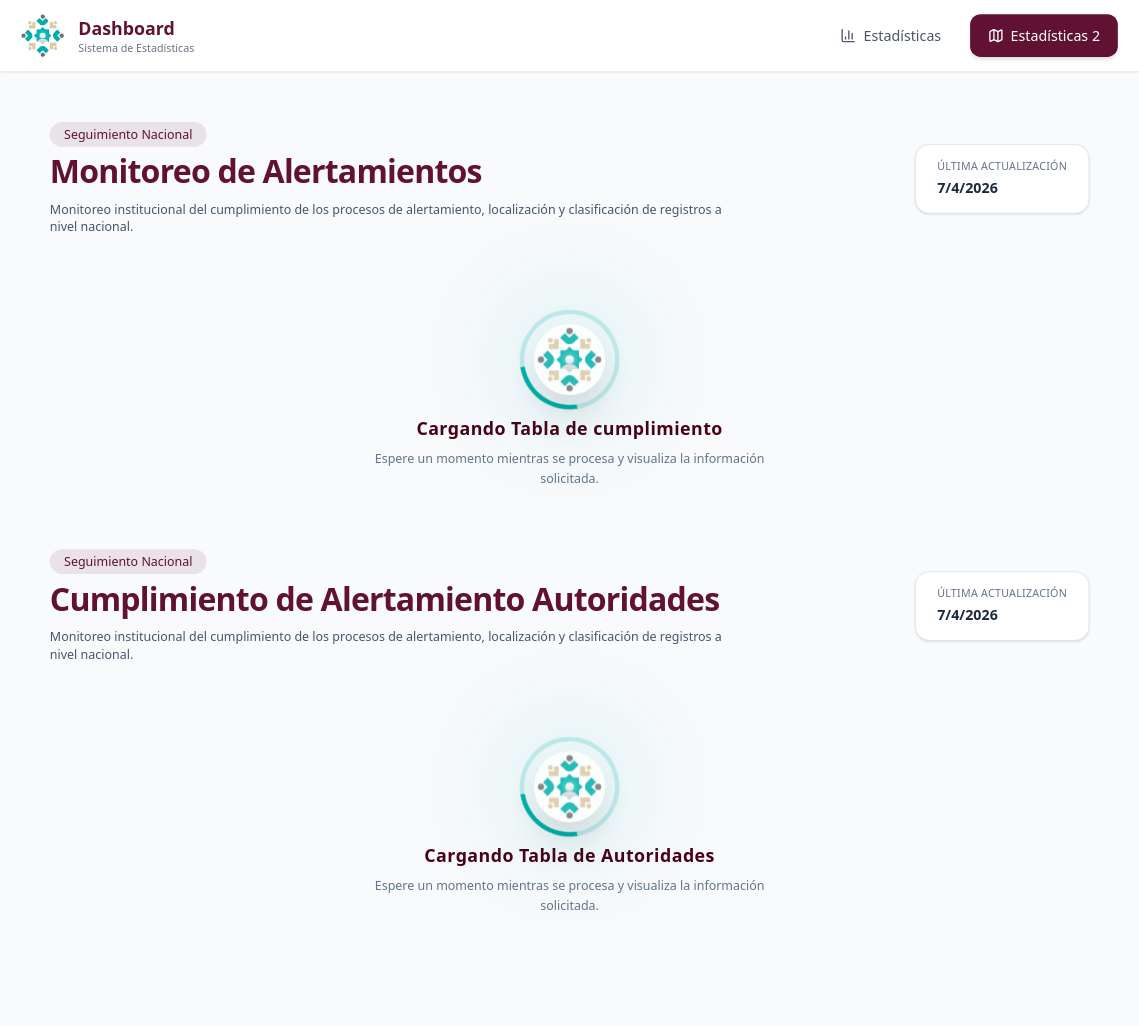
Repository: jesus890/semaforo-cinepolis
Page: /estadisticas-2
An editor plug-in stored every save of this project. The page is shown before and after the next save, followed by the edit.
The browser window is 1280 px wide. The pictures show the whole page, at 89% of full size.
The page's requests for data from a server got no answer. The project was rebuilt for these pictures with package versions that can differ from the ones it lists, and the page was loaded fresh each time. No one was signed in, and anything a server would have sent is missing. Also part of the build but not shown: vite.config.ts, src/components/Dashboard/Skeleton/SkeletonChart.tsx, src/components/Dashboard/matriz/AlertaMatriz.tsx, src/constants/colors.ts, src/components/Dashboard/charts/EdadChart.tsx, src/components/Dashboard/charts/EnfoqueChart.tsx, src/components/Dashboard/charts/SexoChart.tsx, src/pages/EstadisticaPage.tsx and 2 more.

Above is the page before, as saved 2026-06-05 16:20:23.

### index.html
<!doctype html>
<html lang="en">
  <head>
    <meta charset="UTF-8" />
    <link rel="icon" type="image/svg+xml" href="/favicon.svg" />
    <meta name="viewport" content="width=device-width, initial-scale=1.0" />
    <title>Estadistica Alertamiento | RNPNDO</title>
  </head>
  <body>
    <div id="root"></div>
    <script type="module" src="/src/main.tsx"></script>
  </body>
</html>

### src/App.tsx
import AppRouter from "./router/AppRouter";

function App() {
    return <AppRouter />;
}

export default App;

### src/router/AppRouter.tsx
import {BrowserRouter,Routes,Route,Navigate,} from "react-router-dom";

import DashboardLayout from "../layouts/DashboardLayout";
import EstadisticasPage from "../pages/EstadisticaPage";
import EstadisticasDosPage from "../pages/EstadisticasDosPage";



export default function AppRouter() {

    return (
        <BrowserRouter>
            <Routes>
                <Route path="/" element={<DashboardLayout/>}>
                    <Route index element={<Navigate to="/estadisticas"/>}/>
                    <Route path="estadisticas" element={<EstadisticasPage />}/>
                    <Route path="estadisticas-2" element={<EstadisticasDosPage />}/>
                </Route>
            </Routes>
        </BrowserRouter>
    );
}

### src/layouts/DashboardLayout.tsx
import { Outlet } from "react-router-dom";

import Header from "../components/Dashboard/navigation/Header";

export default function DashboardLayout() {

    return (
        <div className="min-h-screen bg-slate-50">
            <Header />
            <main className="p-6">
                <Outlet />
            </main>
        </div>

    );
}

### src/pages/EstadisticasDosPage.tsx
import { useEffect, useState } from "react";

import { GetTableAutoridades, GetTableCumplimiento } from "../services/dashboard.service";
import CumplimientoTable from "../components/Dashboard/Tables/CumplimientoTable";
import LoaderStyled from "../components/Dashboard/Loader/Loader";
import AutoridadesTable from "../components/Dashboard/Tables/AutoridadesTable";

export default function EstadisticasDosPage() {

    const [loadingTableCumplimiento, setLoadingTableCumplimiento] = useState<boolean>(true);
    const [loadingTableAutoridades, setLoadingTableAutoridades] = useState<boolean>(true);

    const [estadoSeleccionado, setEstadoSeleccionado] = useState(null);
    const [dataCumplimiento, setDataCumplimiento] = useState<any>(null);

    const [dataAutoridades, setDataAutoridades] = useState<any>(null);

    useEffect(() => {
        loadTableCumplimiento();
        loadTableAutoridades();
    }, []);

    const loadTableCumplimiento = async (estado?: string) => {
        try {

            setLoadingTableCumplimiento(true);

            const response = await GetTableCumplimiento(estado);
            setDataCumplimiento(response);
            setLoadingTableCumplimiento(false);

        } catch (error) {
            console.log("No se pudo obtener la información de tabla de cumplimiento");
        }
    }

    const loadTableAutoridades = async (estado?: string) => {
        try {

            setLoadingTableAutoridades(true);

            const response = await GetTableAutoridades(estado);
            setDataAutoridades(response);
            setLoadingTableAutoridades(false);

        } catch (error) {
            console.log("No se pudo obtener la información de tabla de autoridades");
        }
    }

    const handleEstadoClick = (estado: string) => {

        console.log(
            "Estado seleccionado:",
            estado
        );
        setDataCumplimiento(estado);
        loadTableCumplimiento(estado);
    };

    return (
        <>
            <div className="p-8">

                <div className="mb-8">
                    <div className="flex items-center justify-between">

                        <div>

                            <div className="mb-2 inline-flex items-center rounded-full bg-[#611232]/10 px-4 py-1 text-sm font-medium text-[#611232]">
                                Seguimiento Nacional
                            </div>

                            <h1 className="text-4xl font-bold tracking-tight text-[#611232]">
                                Monitoreo de Alertamientos
                            </h1>

                            <p className="mt-3 max-w-3xl text-sm text-slate-600">
                                Monitoreo institucional del cumplimiento de los procesos
                                de alertamiento, localización y clasificación de registros
                                a nivel nacional.
                            </p>

                        </div>

                        <div className="rounded-2xl border border-slate-200 bg-white px-6 py-4 shadow-sm">

                            <div className="text-xs uppercase tracking-wide text-slate-500">
                                Última actualización
                            </div>

                            <div className="mt-1 font-semibold text-slate-800">
                                {new Date().toLocaleDateString("es-MX")}
                            </div>

                        </div>

                    </div>

                </div>

                <div>


                    {
                        loadingTableCumplimiento ? (
                            <LoaderStyled text="Cargando Tabla de cumplimiento" />
                        ) : (
                            <>
                                <CumplimientoTable rows={dataCumplimiento} /* onEstadoClick={handleEstadoClick} */ />
                            </>

                        )
                    }

                </div>

                <div>
                    <div className="mb-8">

                        <div className="flex items-center justify-between">

                            <div>

                                <div className="mb-2 inline-flex items-center rounded-full bg-[#611232]/10 px-4 py-1 text-sm font-medium text-[#611232]">
                                    Seguimiento Nacional
                                </div>

                                <h1 className="text-4xl font-bold tracking-tight text-[#611232]">
                                    Cumplimiento de Alertamiento Autoridades
                                </h1>

                                <p className="mt-3 max-w-3xl text-sm text-slate-600">
                                    Monitoreo institucional del cumplimiento de los procesos
                                    de alertamiento, localización y clasificación de registros
                                    a nivel nacional.
                                </p>

                            </div>

                            <div className="rounded-2xl border border-slate-200 bg-white px-6 py-4 shadow-sm">

                                <div className="text-xs uppercase tracking-wide text-slate-500">
                                    Última actualización
                                </div>

                                <div className="mt-1 font-semibold text-slate-800">
                                    {new Date().toLocaleDateString("es-MX")}
                                </div>

                            </div>

                        </div>

                    </div>

                    {
                        loadingTableAutoridades ? (
                            <LoaderStyled text="Cargando Tabla de Autoridades" />
                        ) : (
                            <>
                                <AutoridadesTable rows={dataAutoridades} /* onEstadoClick={handleEstadoClick} */ />
                            </>

                        )
                    }
                </div>




            </div>
        </>
    );
}

### src/components/Dashboard/navigation/Header.tsx
import { NavLink } from "react-router-dom";

import { BarChart3, Map, } from "lucide-react";
import logoSystem from "../../../assets/CNB.png";

export default function Header() {

    const menu = [
        {
            label: "Estadísticas",
            icon: BarChart3,
            path: "/estadisticas",
        },
        {
            label: "Estadísticas 2",
            icon: Map,
            path: "/estadisticas-2",
        },
    ];

    return (

        <header className="sticky top-0 z-50 bg-white border-b border-gray-200 shadow-sm">

            <div className="h-20 px-6 flex items-center justify-between max-w-[1800px] mx-auto">

                {/* Logo */}
                <div className="flex items-center gap-4">

                    <img src={logoSystem} alt="Logo" className="h-12 w-auto object-contain" />

                    <div>

                        <h1 className="text-xl font-bold text-[#611232]">
                            Dashboard
                        </h1>

                        <p className="text-xs text-gray-500">
                            Sistema de Estadísticas
                        </p>

                    </div>

                </div>

                {/* Menú */}
                <nav className="flex items-center gap-3">

                    {menu.map((item) => {

                        const Icon = item.icon;

                        return (

                            <NavLink
                                key={item.path}
                                to={item.path}
                                className={({
                                    isActive,
                                }) =>
                                    `
                                    flex
                                    items-center
                                    gap-2
                                    px-5
                                    py-3
                                    rounded-xl
                                    font-medium
                                    transition-all

                                    ${isActive
                                        ? "bg-[#611232] text-white shadow-md"
                                        : "text-gray-600 hover:bg-gray-100"
                                    }
                                `
                                }
                            >

                                <Icon
                                    size={18}
                                />

                                {item.label}

                            </NavLink>
                        );
                    })}

                </nav>

            </div>

        </header>
    );
}

### src/components/Dashboard/Loader/Loader.tsx
import imageCNB from "../../../assets/CNB.png";

interface LoaderProps {
    text?: string;
}

export default function LoaderStyled({text = "Cargando información..."}: LoaderProps) {
    return (
        <div
            className="w-full h-full min-h-[320px] flex flex-col justify-center items-center gap-6 px-6 py-10"
        >
            <div className="relative flex items-center justify-center">
                <div
                    className="absolute w-32 h-32 rounded-full bg-[#00AFAA]/20 blur-3xl animate-pulse"
                />

                <div
                    className="absolute w-28 h-28 rounded-full border-[5px] border-[#00AFAA]/20 border-t-[#00AFAA] animate-spin"
                />

                <div
                    className="relative w-20 h-20 rounded-full overflow-hidden bg-white shadow-2xl border-4 border-white animate-pulse"
                >
                    <img
                        src={imageCNB}
                        alt="Loader"
                        className="object-cover"
                    />
                </div>
            </div>

            <div className="text-center space-y-2">
                <h3
                    className="text-lg sm:text-xl font-black text-[#4A0015] tracking-wide"
                >
                    {text}
                </h3>

                <p
                    className="text-sm text-slate-500 max-w-md leading-relaxed"
                >
                    Espere un momento mientras se procesa y
                    visualiza la información solicitada.
                </p>
            </div>
        </div>
    );
}

### src/services/dashboard.service.ts
import { apiRequest } from "../lib/api";
import { axiosInstance } from "../lib/axios";

export const GetEntidadesByAlertaTable = () =>
    apiRequest<any>(
        axiosInstance.get(`/api/Alertas`)
    );

export const GetEntidadesByAlertaTableEstado = (idEstado: any) =>
    apiRequest<any>(
        axiosInstance.get(`/api/Alertas/alertas-entidad`, {
            params: {
                idEstado,
            },
        })
    );

export const GetTotalesIncremento = (idEstado: any) =>
    apiRequest<any>(
        axiosInstance.get(`/api/Alertas/incremento-desaparecidos`, {
            params: {
                idEstado,
            },
        })
    );

export const GetTableCumplimiento = (estado: any) =>
    apiRequest<any>(
        axiosInstance.get(`/api/Fichas/estadistica-rnpdno-alerta`, {
            params: {
                estado,
            },
        })
    );

export const GetTableAutoridades = (estado: any) =>
    apiRequest<any>(
        axiosInstance.get(`/api/Fichas/estadistica-rnpdno-alerta-canalizacion`, {
            params: {
                estado,
            },
        })
    );

### src/lib/api.ts
import axios from "axios";

export async function apiRequest<T>(
  promise: Promise<{ data: T }>
): Promise<T> {
  try {
    const { data } = await promise;
    return data;
  } catch (error) {
    if (axios.isAxiosError(error)) {
      const response = error.response;

      const message =
        response?.data?.message ||
        response?.data?.error ||
        response?.data?.msg ||
        "Error en la petición";

      throw new Error(message);
    }

    throw new Error("Error inesperado");
  }
}

### src/lib/axios.ts
import axios from "axios";

export const axiosInstance = axios.create({
  baseURL: import.meta.env.VITE_API_URL,
});

Loaded but not shown: src/main.tsx (common file); src/index.css (common file)

After the next save:
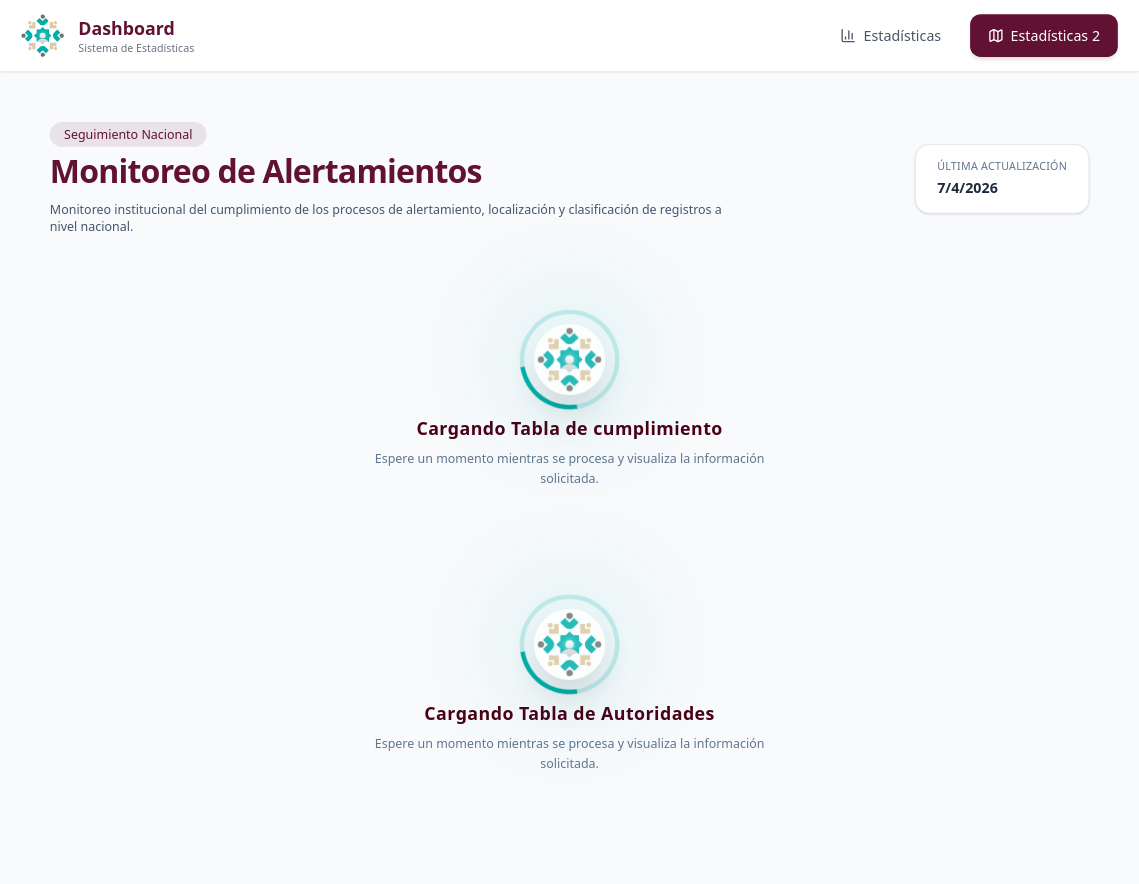
Saved 19 s later.
--- a/src/pages/EstadisticasDosPage.tsx
+++ b/src/pages/EstadisticasDosPage.tsx
@@ -116,43 +116,6 @@ export default function EstadisticasDosPage() {
                 </div>
 
                 <div>
-                    <div className="mb-8">
-
-                        <div className="flex items-center justify-between">
-
-                            <div>
-
-                                <div className="mb-2 inline-flex items-center rounded-full bg-[#611232]/10 px-4 py-1 text-sm font-medium text-[#611232]">
-                                    Seguimiento Nacional
-                                </div>
-
-                                <h1 className="text-4xl font-bold tracking-tight text-[#611232]">
-                                    Cumplimiento de Alertamiento Autoridades
-                                </h1>
-
-                                <p className="mt-3 max-w-3xl text-sm text-slate-600">
-                                    Monitoreo institucional del cumplimiento de los procesos
-                                    de alertamiento, localización y clasificación de registros
-                                    a nivel nacional.
-                                </p>
-
-                            </div>
-
-                            <div className="rounded-2xl border border-slate-200 bg-white px-6 py-4 shadow-sm">
-
-                                <div className="text-xs uppercase tracking-wide text-slate-500">
-                                    Última actualización
-                                </div>
-
-                                <div className="mt-1 font-semibold text-slate-800">
-                                    {new Date().toLocaleDateString("es-MX")}
-                                </div>
-
-                            </div>
-
-                        </div>
-
-                    </div>
 
                     {
                         loadingTableAutoridades ? (
